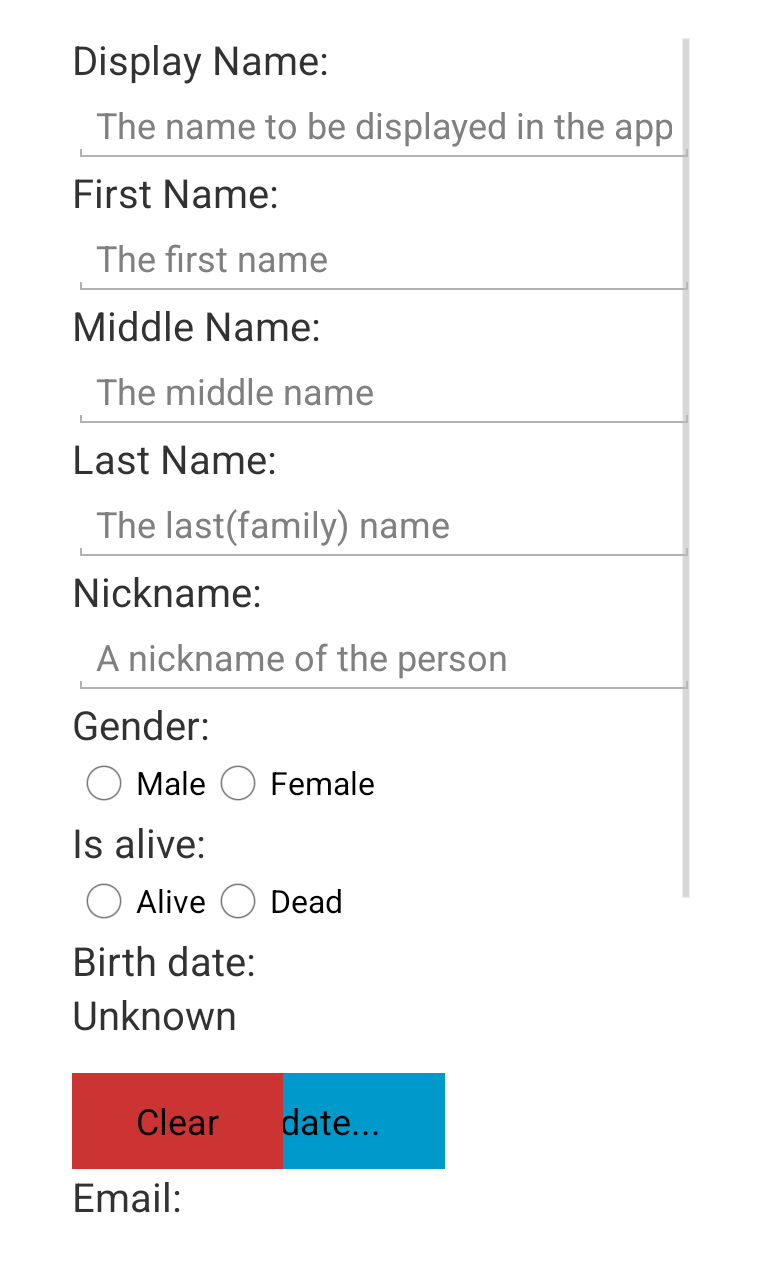
Repository: ivanbuhov/FamilyAndroidClient
Layout: Family/res/layout/activity_edit_person.xml
These files come from the project's save history. The layout is drawn as it stood at one moment and after the next save; the edit follows.
It is drawn on a 768 x 1280 px phone screen (xhdpi) without system bars, with theme AppTheme; the app's code is not run.

Above is the layout before, as saved 2013-11-19 14:19:07.

### Family/res/layout/activity_edit_person.xml
<LinearLayout
	    xmlns:android="http://schemas.android.com/apk/res/android"
	    xmlns:tools="http://schemas.android.com/tools"
	    android:paddingBottom="@dimen/activity_vertical_margin"
	    android:paddingLeft="@dimen/activity_horizontal_margin"
	    android:paddingRight="@dimen/activity_horizontal_margin"
	    android:paddingTop="@dimen/activity_vertical_margin"
	    android:layout_width="match_parent"
	    android:layout_height="wrap_content"
	    android:orientation="vertical"
	    tools:context=".EditPersonActivity" >

	<!-- Progress bar for the activity -->
    <ProgressBar
        	android:id="@+id/progress_edit_person"
            android:layout_width="match_parent"
            android:layout_height="wrap_content"
            android:indeterminateOnly="true"
            android:layout_margin="10dp"
            android:focusable="true"
            style="?android:attr/progressBarStyleHorizontal"
            android:visibility="gone" />

	<ScrollView
	    android:layout_width="match_parent"
	    android:layout_height="match_parent"
	    android:paddingLeft="20dp"
	    android:paddingRight="20dp" >

		<LinearLayout
		    android:layout_width="match_parent"
		    android:layout_height="wrap_content"
		    android:orientation="vertical" >

		    <!--  Display name -->
		    <TextView
		        android:layout_width="match_parent"
		        android:layout_height="wrap_content"
		        android:textSize="20sp"
		        android:text="@string/label_display_name" />

		    <EditText
		        android:id="@+id/edit_display_name"
		        android:layout_width="match_parent"
		        android:layout_height="wrap_content"
		        android:inputType="textCapWords"
		        android:hint="@string/hint_display_name" />

		    <!--  First name -->
		    <TextView
		        android:layout_width="match_parent"
		        android:layout_height="wrap_content"
		        android:textSize="20sp"
		        android:text="@string/label_first_name" />

		    <EditText
		        android:id="@+id/edit_first_name"
		        android:layout_width="match_parent"
		        android:layout_height="wrap_content"
		        android:inputType="textCapWords"
		        android:hint="@string/hint_first_name" />

		    <!--  Middle name -->
		    <TextView
		        android:layout_width="match_parent"
		        android:layout_height="wrap_content"
		        android:textSize="20sp"
		        android:text="@string/label_middle_name" />

		    <EditText
		        android:id="@+id/edit_middle_name"
		        android:layout_width="match_parent"
		        android:layout_height="wrap_content"
		        android:inputType="textCapWords"
		        android:hint="@string/hint_middle_name" />

		    <!--  Last name -->
		    <TextView
		        android:layout_width="match_parent"
		        android:layout_height="wrap_content"
		        android:textSize="20sp"
		        android:text="@string/label_last_name" />

		    <EditText
		        android:id="@+id/edit_last_name"
		        android:layout_width="match_parent"
		        android:layout_height="wrap_content"
		        android:inputType="textCapWords"
		        android:hint="@string/hint_last_name" />

		    <!--  Nickname -->
		    <TextView
		        android:layout_width="match_parent"
		        android:layout_height="wrap_content"
		        android:textSize="20sp"
		        android:text="@string/label_nickname" />

		    <EditText
		        android:id="@+id/edit_nickname_name"
		        android:layout_width="match_parent"
		        android:layout_height="wrap_content"
		        android:inputType="textCapWords"
		        android:hint="@string/hint_nickname" />

		    <!-- Gender -->
		    <TextView
		        android:layout_width="match_parent"
		        android:layout_height="wrap_content"
		        android:textSize="20sp"
		        android:text="@string/label_gender" />

		    <RadioGroup
			    android:layout_width="fill_parent"
			    android:layout_height="wrap_content"
			    android:orientation="horizontal">

			    <RadioButton
			        android:id="@+id/edit_is_male"
			        android:layout_width="wrap_content"
			        android:layout_height="wrap_content"
			        android:text="@string/label_male"/>

			    <RadioButton
			        android:id="@+id/edit_is_female"
			        android:layout_width="wrap_content"
			        android:layout_height="wrap_content"
			        android:text="@string/label_female"/>

			</RadioGroup>

		    <!-- Is alive -->
		    <TextView
		        android:layout_width="match_parent"
		        android:layout_height="wrap_content"
		        android:textSize="20sp"
		        android:text="@string/label_is_alive" />

		    <RadioGroup
			    android:layout_width="fill_parent"
			    android:layout_height="wrap_content"
			    android:orientation="horizontal">

			    <RadioButton
			        android:id="@+id/edit_is_alive"
			        android:layout_width="wrap_content"
			        android:layout_height="wrap_content"
			        android:text="@string/label_alive"/>

			    <RadioButton
			        android:id="@+id/edit_is_dead"
			        android:layout_width="wrap_content"
			        android:layout_height="wrap_content"
			        android:text="@string/label_dead"/>

			</RadioGroup>

		    <!-- Birth Date -->
		    <TextView
		        android:layout_width="match_parent"
		        android:layout_height="wrap_content"
		        android:textSize="20sp"
		        android:text="@string/label_birth_date" />

		    <TextView
		        android:id="@+id/edit_birth_date"
		        android:layout_width="match_parent"
		        android:layout_height="wrap_content"
		        android:textSize="20sp"
		        android:text="@string/label_unknown" />

		    <RelativeLayout
			    android:layout_width="fill_parent"
			    android:layout_height="fill_parent" >

		        <Button
	                android:id="@+id/set_date_button"
	                android:layout_width="wrap_content"
	                android:layout_height="wrap_content"
	                android:layout_gravity="right"
	                android:layout_marginTop="16dp"
	                android:paddingLeft="32dp"
	                android:paddingRight="32dp"
        			android:background="#ff0099cc"
	                android:text="@string/set_birth_date" />

	            <Button
	                android:id="@+id/clear_date_button"
	                android:layout_width="wrap_content"
	                android:layout_height="wrap_content"
	                android:layout_gravity="left"
	                android:layout_marginTop="16dp"
	                android:paddingLeft="32dp"
	                android:paddingRight="32dp"
        			android:background="#ffCC3333"
	                android:text="@string/clear" />

            </RelativeLayout>

		    <!--  Email -->
		    <TextView
		        android:layout_width="match_parent"
		        android:layout_height="wrap_content"
		        android:textSize="20sp"
		        android:text="@string/label_email" />

		    <EditText
		        android:id="@+id/edit_email"
		        android:layout_width="match_parent"
		        android:layout_height="wrap_content"
		        android:inputType="textEmailAddress"
		        android:hint="@string/hint_email" />

		    <!--  Address -->
		    <TextView
		        android:layout_width="match_parent"
		        android:layout_height="wrap_content"
		        android:textSize="20sp"
		        android:text="@string/label_address" />

		    <EditText
		        android:id="@+id/edit_address"
		        android:layout_width="match_parent"
		        android:layout_height="wrap_content"
		        android:inputType="text"
		        android:hint="@string/hint_email" />

		    <!--  Profession -->
		    <TextView
		        android:layout_width="match_parent"
		        android:layout_height="wrap_content"
		        android:textSize="20sp"
		        android:text="@string/label_profession" />

		   <EditText
		        android:id="@+id/edit_profession"
		        android:layout_width="match_parent"
		        android:layout_height="wrap_content"
		        android:inputType="text"
		        android:hint="@string/hint_email" />

		   <!-- Save button -->
		   <Button
				android:id="@+id/edit_save_button"
				android:layout_width="wrap_content"
				android:layout_height="wrap_content"
				android:layout_gravity="center"
				android:layout_marginTop="16dp"
				android:layout_marginBottom="16dp"
				android:paddingLeft="50dp"
				android:paddingRight="50dp"
				android:background="#ff0099cc"
				android:text="@string/save" />

		</LinearLayout>

	</ScrollView>

</LinearLayout>

### Family/res/values/strings.xml
<?xml version="1.0" encoding="utf-8"?>
<resources>

    <!-- Common strings -->
    <string name="yes">Yes</string>
    <string name="no">No</string>
    <string name="cancel">Cancel</string>
    <string name="update">Update</string>
    <string name="add">Add</string>
    <string name="refresh">Refresh</string>
    <string name="save">Save</string>
    <string name="clear">Clear</string>
    <string name="data_saved">Data saved</string>

    <!-- Titles and names -->
    <string name="app_name">Family</string>
    <string name="title_activity_settings">Settings</string>
    <string name="title_activity_my_pedigrees">My Pedigrees</string>
    <string name="title_activity_register">Register</string>

    <!-- Menu items -->
    <string name="menu_item_settings">Settings</string>
    <string name="menu_item_login">Login/Register</string>
    <string name="menu_item_my_pedigrees">My Pedigrees</string>
    <string name="menu_item_add_pedigree">Add Pedigree</string>

    <!-- Preferences -->
    <!-- Preferences Header -->
    <string name="pref_header_title_account">Account</string>
    <string name="pref_header_title_others">Others</string>

    <!-- Preferences Titles -->
    <string name="pref_key_online_mode">online_mode</string>
    <string name="pref_title_online_mode">Online mode</string>
    <string name="pref_key_update_if_not_updated_more_than">update_frequency</string>
    <string name="pref_title_update_if_not_updated_more_than">Update if not updated more than:</string>
    <string name="pref_summary_update_if_not_updated_more_than">If you try to read data and it has been updated
    	    before less than the specified amount of time, the data will be updated again.</string>

    <!-- Alerts -->
    <string name="alert_title_registration_failed">Registration failed</string>
    <string name="alert_title_login_failed">Login failed</string>
    <string name="alert_title_loading_data_failed">Loading data failed</string>
    <string name="alert_title_deletion_failed">Failed to remove the item</string>
    <string name="alert_title_update_failed">Failed to update the item</string>
    <string name="alert_title_addition_failed">Failed to add the item</string>

    <!-- Login Activity -->
    <string name="prompt_username">Username</string>
    <string name="prompt_password">Password</string>
    <string name="register_button_text"><b>Register</b></string>
    <string name="login_button_text"><b>Login</b></string>
    <string name="action_login">Login</string>
    <string name="progressing_text">Loading&#8230;</string>
    <string name="error_short_username">The username must be no shorter than 5 characters</string>
    <string name="error_long_username">The username must be no longer than 30 characters</string>
    <string name="error_short_password">The password must be no shorter than 5 characters</string>
    <string name="error_long_password">The password must be no longer than 30 characters</string>
    <string name="error_field_required">This field is required</string>

    <!-- My Pedigrees Activity -->
    <string name="hello_world">Hello world!</string>
    <string name="progress_my_pedigrees_text">Loading pedigrees</string>
    <string name="delete_message_pedigree">Are you sure you want to delete this pedigree and all people in it?</string>
    <string name="context_menu_view">View</string>
    <string name="context_menu_edit">Edit</string>
    <string name="context_menu_delete">Delete</string>
    <string name="edit_pedigree_title">Title:</string>
    <string name="add_pedigree_title">Add new pedigree</string>
    <string name="my_pedigrees_list_title">My Pedigrees List</string>

    <!-- Pedigree Activity -->
    <string name="title_activity_pedigree">Pedigree</string>
    <string name="action_settings">Settings</string>
    <string name="anonymous_display_name">Unknown</string>
    <string name="no_people_message">No person selected</string>
    <string name="people_list">People list</string>

    <!-- Edit Person Activity -->
    <string name="title_activity_edit_person">Edit Person</string>

    <string name="label_display_name">Display Name:</string>
    <string name="label_first_name">First Name:</string>
    <string name="label_middle_name">Middle Name:</string>
    <string name="label_last_name">Last Name:</string>
    <string name="label_nickname">Nickname:</string>
    <string name="label_email">Email:</string>
    <string name="label_birth_date">Birth date:</string>
    <string name="label_is_alive">Is alive:</string>
    <string name="label_alive">Alive</string>
    <string name="label_dead">Dead</string>
    <string name="label_gender">Gender:</string>
    <string name="label_male">Male</string>
    <string name="label_female">Female</string>
    <string name="label_address">Address:</string>
    <string name="label_profession">Profession:</string>
    <string name="label_unknown">Unknown</string>
    <string name="set_birth_date">Set birth date...</string>

    <string name="hint_display_name">The name to be displayed in the application</string>
    <string name="hint_first_name">The first name</string>
    <string name="hint_middle_name">The middle name</string>
    <string name="hint_last_name">The last(family) name</string>
    <string name="hint_nickname">A nickname of the person</string>
    <string name="hint_email">Email address</string>
    <string name="hint_address">The region where the person lives</string>
    <string name="hint_profession">Profession(occupation)</string>

</resources>

Loaded but not shown: Family/res/values/styles.xml (common file); Family/res/values-v11/styles.xml (common file); Family/res/values-v14/styles.xml (common file); Family/res/values/dimens.xml (common file)

After the next save:
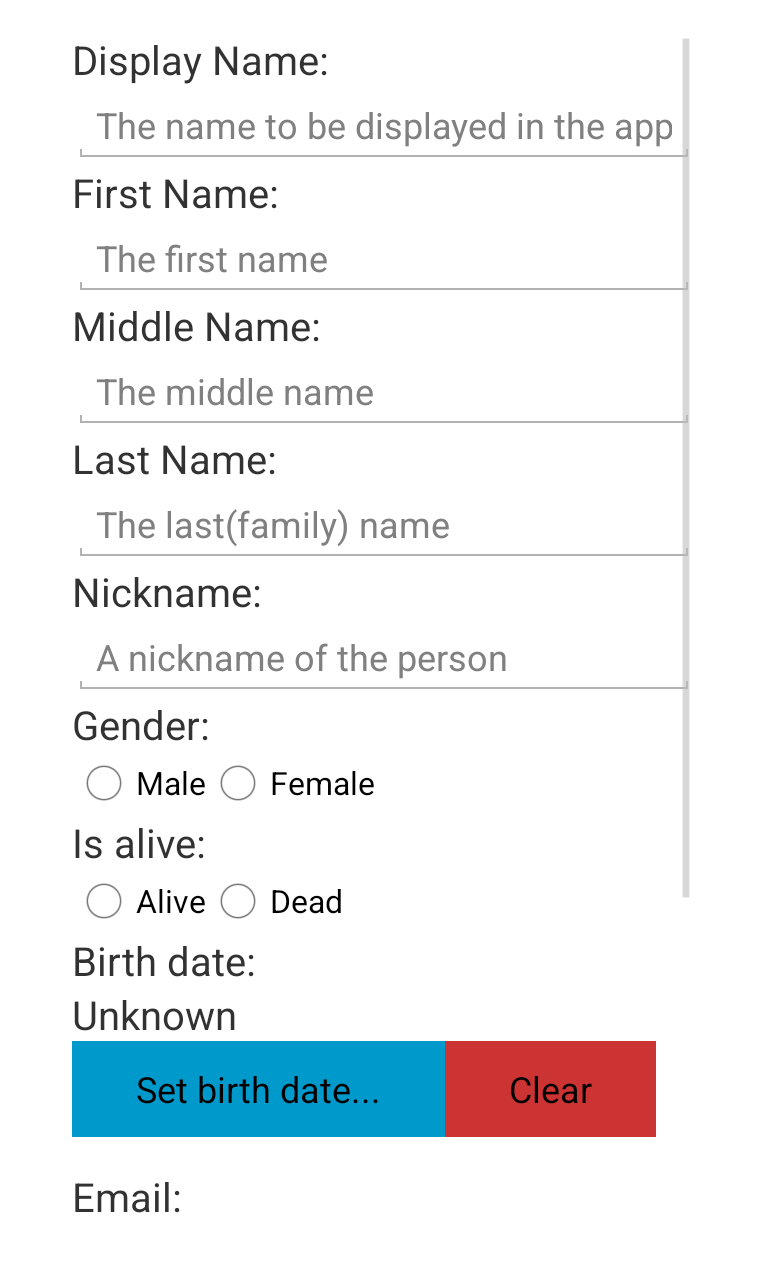
Saved 75 s later.
--- a/Family/res/layout/activity_edit_person.xml
+++ b/Family/res/layout/activity_edit_person.xml
@@ -168,9 +168,10 @@
 		        android:textSize="20sp"
 		        android:text="@string/label_unknown" />
 
-		    <RelativeLayout
+		    <LinearLayout
 			    android:layout_width="fill_parent"
-			    android:layout_height="fill_parent" >
+			    android:layout_height="fill_parent"
+			    android:orientation="horizontal" >
 
 		        <Button
 	                android:id="@+id/set_date_button"
@@ -194,7 +195,7 @@
         			android:background="#ffCC3333"
 	                android:text="@string/clear" />
 
-            </RelativeLayout>
+            </LinearLayout>
 
 		    <!--  Email -->
 		    <TextView
